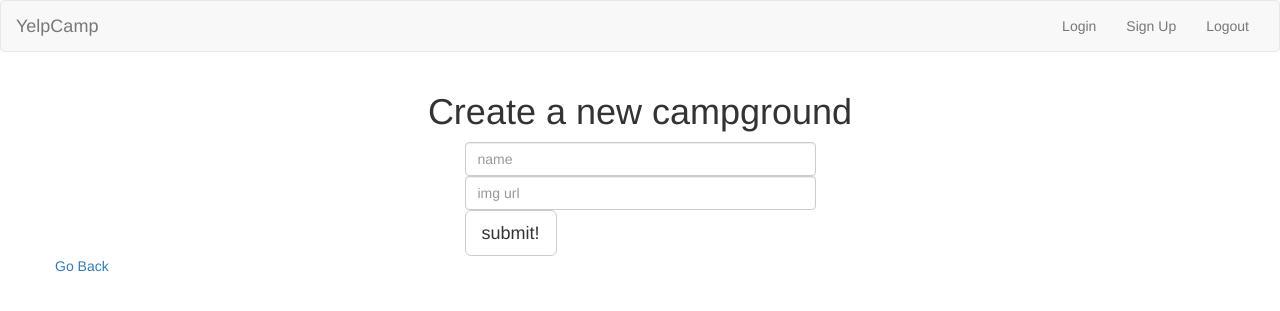
Repository: 19ycy91/myexercise
Page: http://localhost/campgrounds/new
The author's editor kept a record of every edit. The page is drawn from the files as they stood at one moment, then again after the next edit.
The browser window is 1280 px wide. The pictures show the whole page.
The page is served by the project's Node server (YelpCamp/v1/app.js).

Above is the page before.

After the next edit:
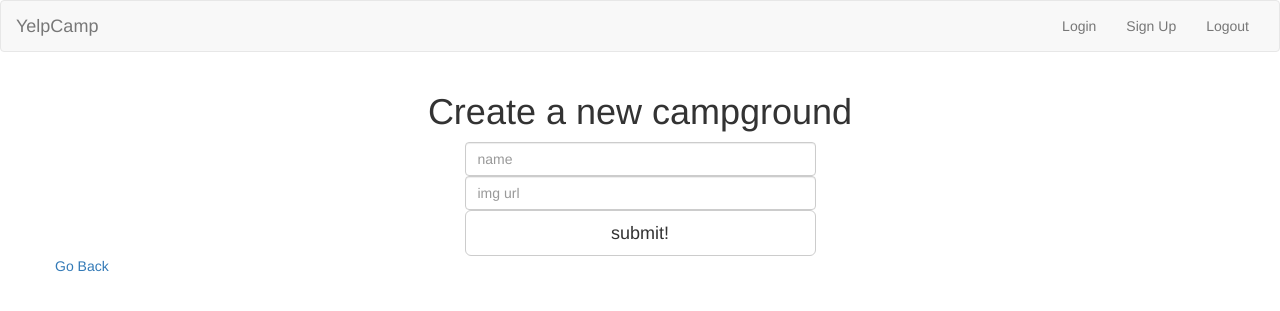
The edit:
--- a/6_Projects_UsingBackEndandRESTfulRoutes/workspace/YelpCamp/v1/views/new.ejs
+++ b/6_Projects_UsingBackEndandRESTfulRoutes/workspace/YelpCamp/v1/views/new.ejs
@@ -11,7 +11,7 @@
         <form action="/campgrounds" method="POST">
             <input class="form-control" type = text placeholder="name" name="name">
             <input class="form-control" type = text placeholder = "img url" name = "image">
-            <button class="btn btn-lg btn-default"> submit! </button>
+            <button class="btn btn-lg btn-default btn-block"> submit! </button>
         </form>
         </div>
 
